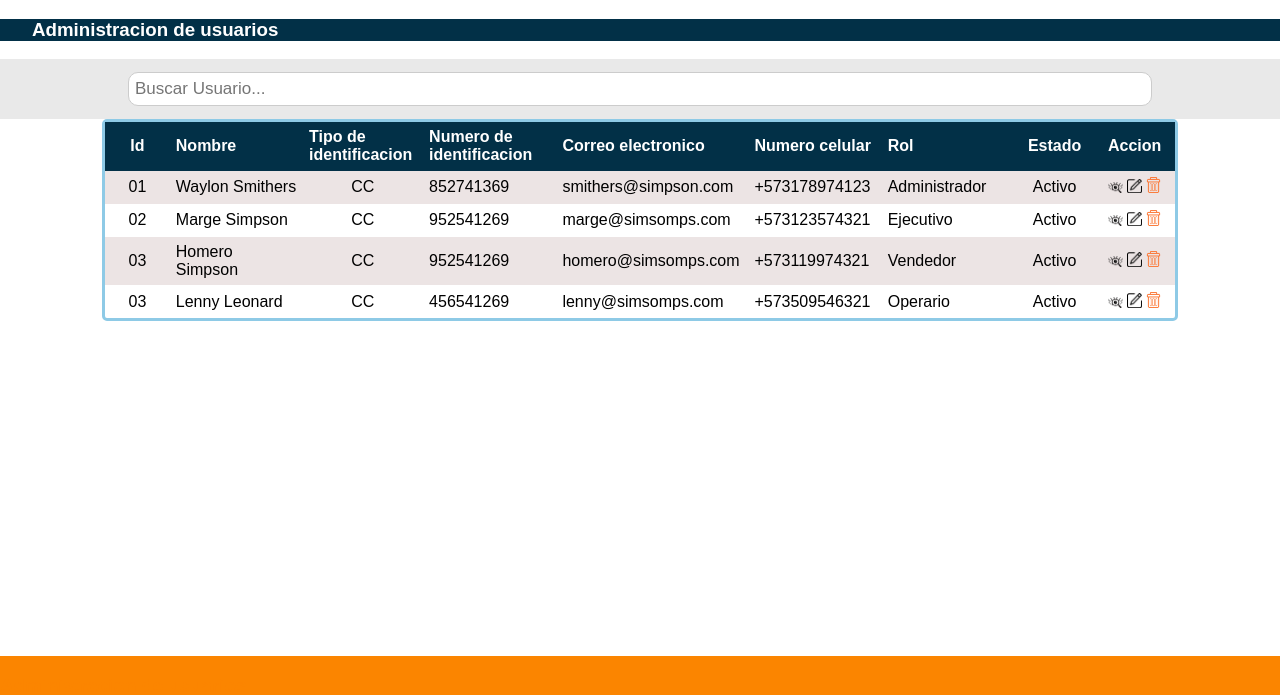
Repository: AlexanderBarona/Proyecto_Ciclo3_Mintic
Page: PaginaWeb/pages/admin_user.html
These files come from the project's save history. The page is drawn as it stood at one moment and after the next save; the edit follows.
The browser window is 1280 px wide. The pictures show the whole page.

Above is the page before, as saved 2021-09-30 14:56:47.

After the next save:
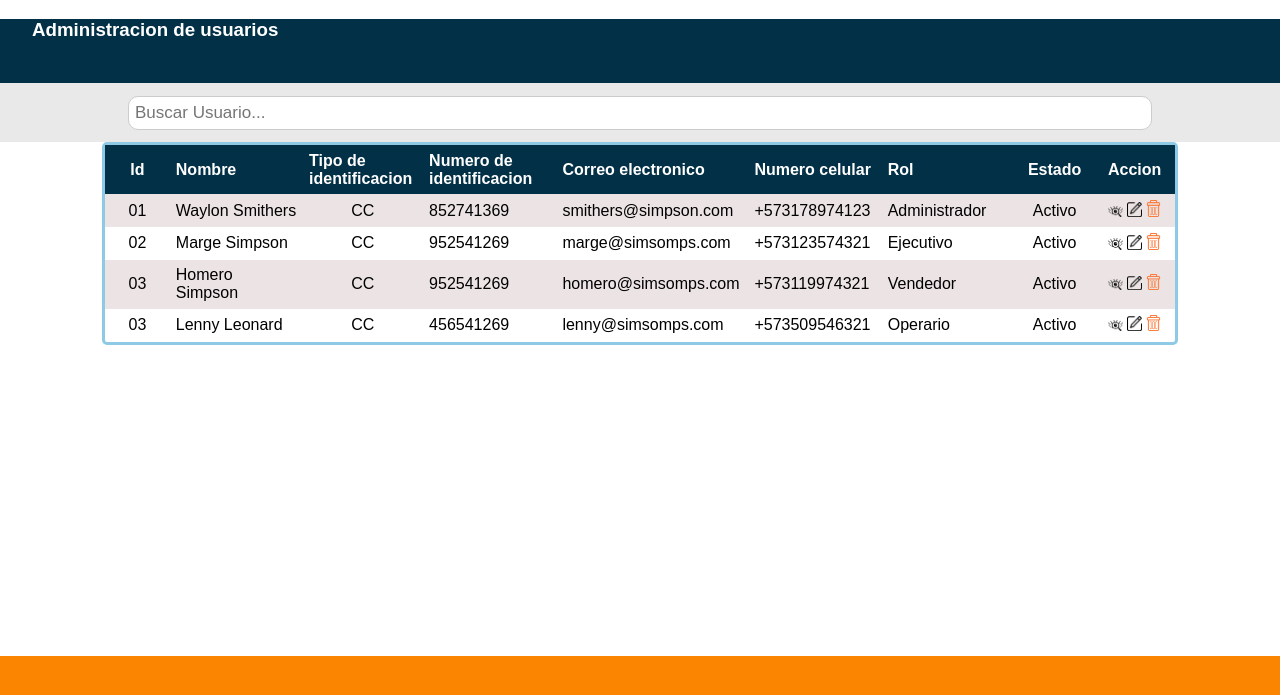
Saved 75 s later.
--- a/PaginaWeb/css/style.css
+++ b/PaginaWeb/css/style.css
@@ -10,6 +10,8 @@ header {
   background-color: #023047;
   color:  white;
   padding-left:2em ;
+  height:4em;
+  width:100%;
 
 }
 
